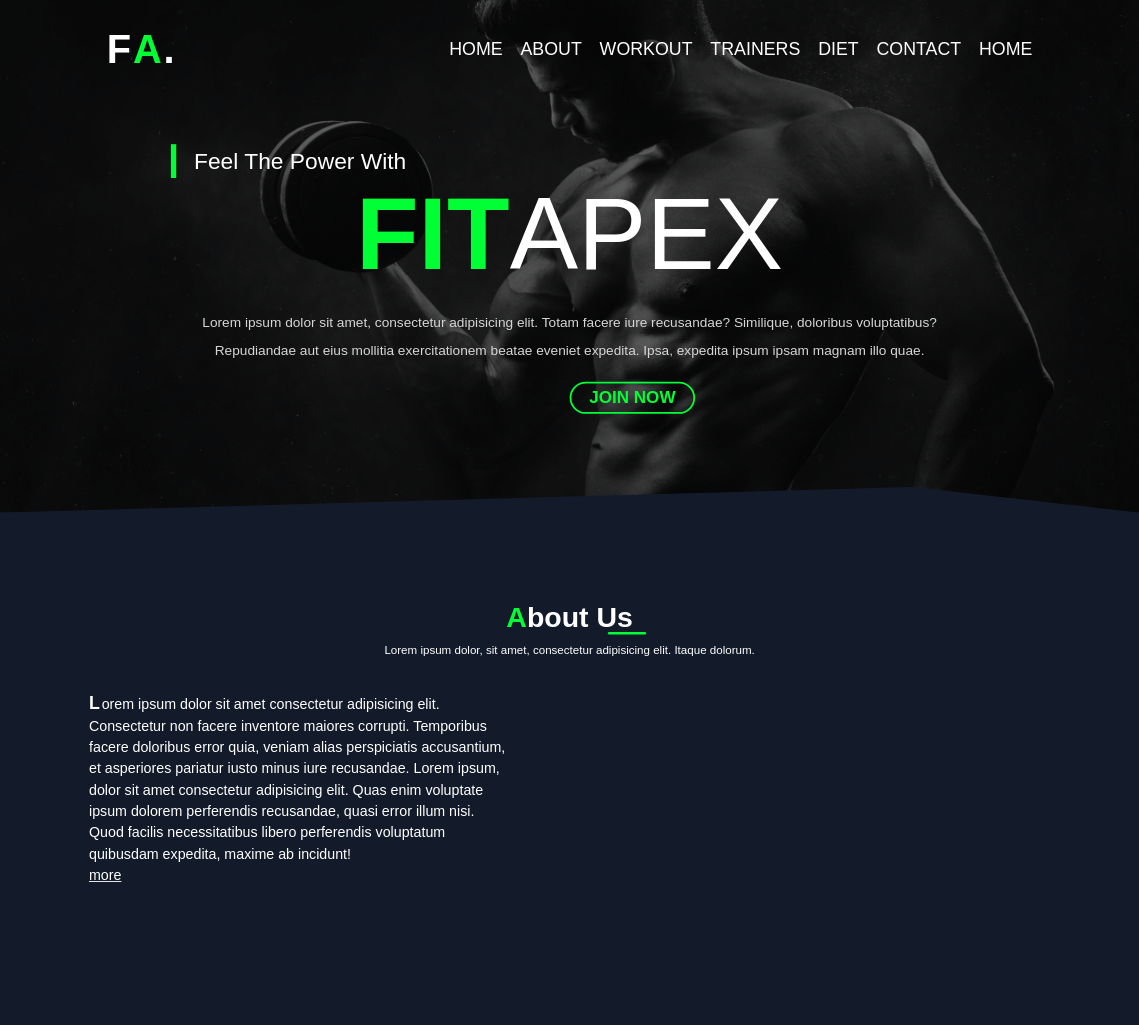
Repository: guilhermecardoso93/fitapex
Page: index.html
An editor plug-in stored every save of this project. The page is shown before and after the next save, followed by the edit.
The browser window is 1280 px wide. The pictures show the whole page, at 89% of full size.

Above is the page before, as saved 2023-03-05 21:20:00.

### index.html
<!DOCTYPE html>
<html lang="pr-BR">
  <head>
    <meta charset="UTF-8" />
    <meta http-equiv="X-UA-Compatible" content="IE=edge" />
    <meta name="viewport" content="width=device-width, initial-scale=1.0" />
    <link rel="stylesheet" href="styles.css" />
    <link
      rel="stylesheet"
      href="https://cdnjs.cloudflare.com/ajax/libs/font-awesome/4.7.0/css/font-awesome.css"
    />
    <title>F.A GYM</title>
  </head>
  <body>
    <div class="navbar">
      <a href="#" class="logo">F<b>A</b>.</a>
      <ol>
        <li>
          <a href="#home">home</a>
        </li>
        <li>
          <a href="#about">about</a>
        </li>
        <li>
          <a href="#workout">workout</a>
        </li>
        <li>
          <a href="#trainers">trainers</a>
        </li>
        <li>
          <a href="#diet">diet</a>
        </li>
        <li>
          <a href="#contact">contact</a>
        </li>
        <li>
          <a href="#home">home</a>
        </li>
      </ol>
    </div>
    <section id="home" class="home view">
      <div class="highlights">
        <h3>feel the power with</h3>
        <h1><b>FIT</b>APEX</h1><br>
        <p class="tagline">
          Lorem ipsum dolor sit amet, consectetur adipisicing elit. Totam facere iure recusandae? Similique, doloribus voluptatibus? Repudiandae aut eius mollitia exercitationem beatae eveniet expedita. Ipsa, expedita ipsum ipsam magnam illo quae.
        </p>
        <button class="join">join now</button>
      </div>
      <div class="banner"/>
    </section>

    <section id="about" class="about view">
      <div class="main">
        <h2><span>A</span>bout Us</h2>
        <h6>Lorem ipsum dolor, sit amet, consectetur adipisicing elit. Itaque dolorum.</h6>
      </div>
      <div class="content">
        <div class="cols">
          <p><b>L</b>orem ipsum dolor sit amet consectetur adipisicing elit. Consectetur non facere inventore maiores corrupti. Temporibus facere doloribus error quia, veniam alias perspiciatis accusantium, et asperiores pariatur iusto minus iure recusandae. Lorem ipsum, dolor sit amet consectetur adipisicing elit. Quas enim voluptate ipsum dolorem perferendis recusandae, quasi error illum nisi. Quod facilis necessitatibus libero perferendis voluptatum quibusdam expedita, maxime ab incidunt! </p>
          <a href="#">more</a>
        </div>
        <div class="cols">
          <div class="box">
            <img src="" alt="">
          </div>
        </div>
      </div>
    </section>
  </body>
</html>

### styles.css
@import url("https://fonts.googleapis.com/css2?family=Poppins:wght@400;500&display=swap");

@import "./css/_navbar.css";
@import "./css/_home.css";
@import "./css/_about.css";

* {
  margin: 0;
  padding: 0;
  box-sizing: border-box;
  font-family: "Poppisns", sans-serif;
  outline: none;
  color: #fff;
}

:root {
  --prime: #00ff34;
}

body {
  background-color: #131b2b;
}


.view {
  width: 100%;
  min-height: 80vh;
  position: relative;
}

### css/_navbar.css

.navbar {
  width: 100%;
  display: flex;
  position: fixed;
  padding: 30px 120px;
  background-color: transparent;
  justify-content: space-between;
  z-index: 1111;
  transition: 0.5s ease;
}

.logo {
  font-size: 2.8em;
  font-weight: 800;
  letter-spacing: 2px;
  text-transform: uppercase;
  text-decoration: none;
}

.logo B{
  color: var(--prime);
}

ol {
  display: flex;
  margin: auto 0;
}

ol li {
  list-style: none;
  margin-left: 20px;
}

ol li a {
  font-size: 20px;
  font-weight:500;
  text-transform: uppercase;
  text-decoration: none;
}

ol li:hover a {
  color: var(--prime);
}

### css/_home.css
.home {
  display: flex;
  min-height: 120vh;
  align-items: center;
  justify-content: center;
  clip-path: polygon(0 0, 100% 0, 100% 100%, 80% 95%, 0 100%);
}

.banner {
  height: 100%;
  width: 100%;
  position: absolute;
  background: url("../assets/banner.jpg");
  background-size: cover;
  background-position: center;
  filter: brightness(40%);
}

.highlights {
  width: 70%;
  position: relative;
  display: inline-block;
  z-index: 11;
}

.highlights h3 {
  display: inline;
  font-size: 2vw;
  padding: 5px 20px;
  font-weight: lighter;
  text-transform: capitalize;
  border-left: 6px solid var(--prime);
}

.highlights h1 {
  font-size: 9vw;
  text-align: center;
  font-weight: normal;
}

.highlights b {
  color: var(--prime);
  font-weight: 800;
  font-family: sans-serif;
}

.highlights .tagline {
  color: #d7d7d7;
  font-size: 1.2vw;
  text-align: center;
  font-weight: normal;
  line-height: 32px;
}

.highlights .join {
  position: absolute;
  left: 50%;
  margin-top: 1.2rem;
  padding: 5px 20px;

  transform: tanslateX(-500%);
  font-weight: 800;
  font-size: 1.5vw;
  text-transform: uppercase;

  color: var(--prime);
  border: 2px solid var(--prime);
  border-radius: 50px;
  background: transparent;

  transition: 0.3s ease;
}

.highlights .join:hover {
  color: #fff;
  cursor: pointer;
  letter-spacing: 1.5px;
  background: var(--prime);
}

### css/_about.css
.main {
  width: 100%;
  text-align: center;
  padding-bottom: 20px;
}

.main h2 {
  font-size: 2.5vw;
  position: relative;
  text-align: center;
  padding-top: 100px;
  display: inline-block;
}

span {
  color: var(--prime);
}

.main h2:before {
  position: absolute;
  content: '';
  background: var(--prime);
  height: 3px;
  width: 30%;
  right: -15px;
  bottom: 0;
  border-radius: 50px;
}

.main h6 {
  margin-top: 10px;
  font-size: 13px;
  font-family: sans-serif;
  font-weight: lighter;
}

.content {
  position: relative;
  display: flex;
  width: 100%;
  padding: 0 30px;
  justify-content: center;
  line-height: 1.5em;
}

.about .content .cols {
  position: relative;
  width: 100%;
  height: 100%;
  padding: 20px 70px;
}

.about .content .cols p b {
  font-size: 20px;
  margin-right: 2px;
}

After the next save:
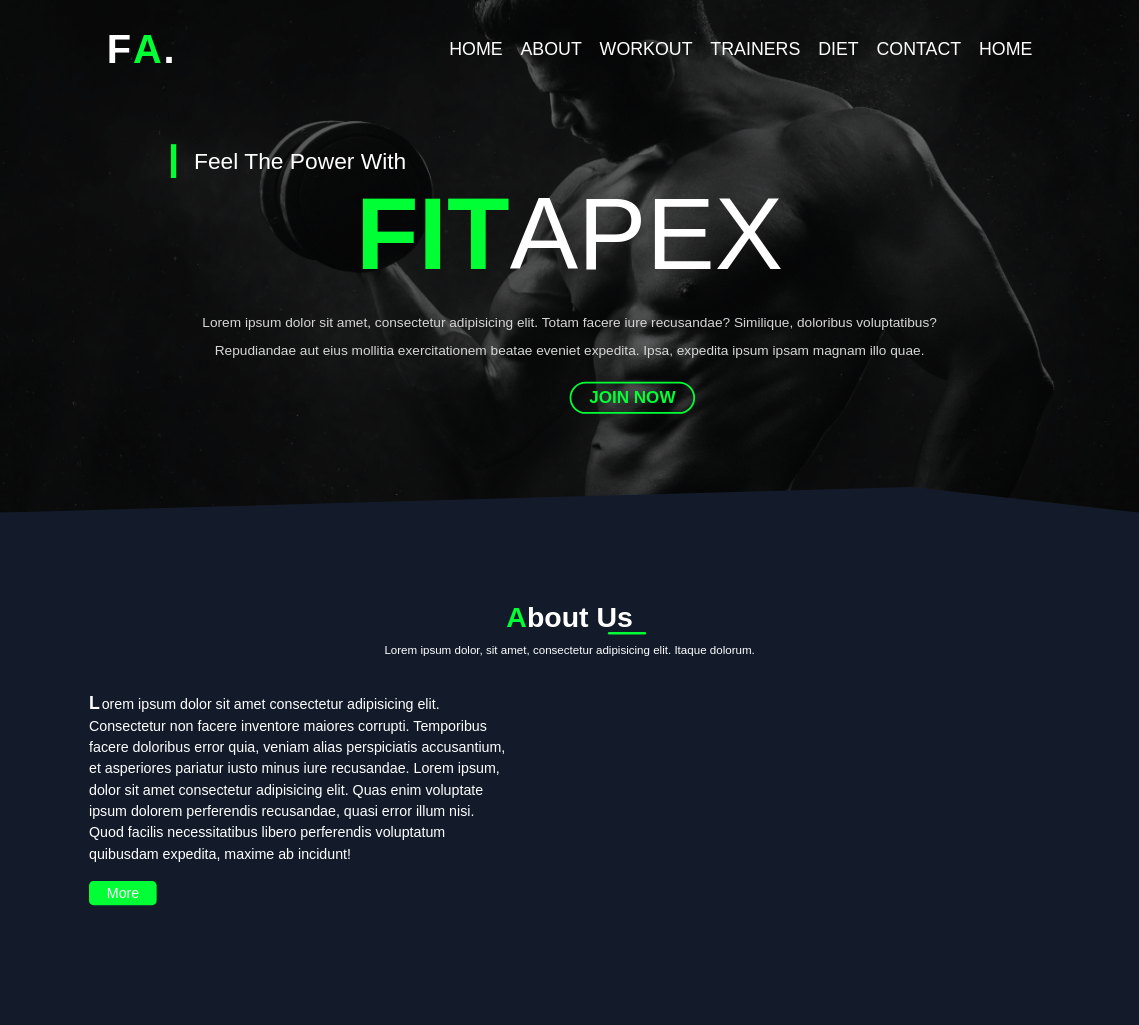
Saved 87 s later.
--- a/css/_about.css
+++ b/css/_about.css
@@ -54,3 +54,14 @@ span {
   font-size: 20px;
   margin-right: 2px;
 }
+
+.about .content .cols a {
+  position: relative;
+  top: 20px;
+  color: #fff;
+  background-color: var(--prime);
+  padding: 5px 20px;
+  border-radius: 5px;
+  text-decoration: none;
+  text-transform: capitalize;
+}
